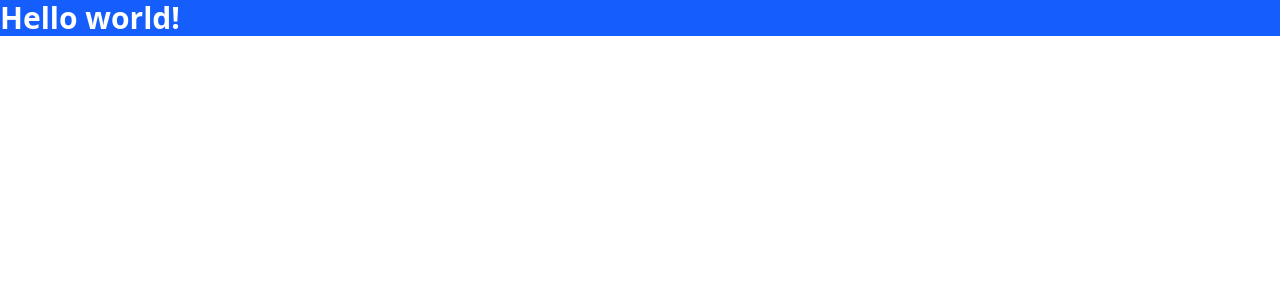
Repository: DinTri/TailwindCss
Page: index.html
An editor plug-in stored every save of this project. The page is shown before and after the next save, followed by the edit.
The browser window is 1280 px wide. The pictures show the whole page.
Some web fonts or font styles are not loaded; a fallback is used.

Above is the page before, as saved 2025-06-07 01:18:45.

After the next save:
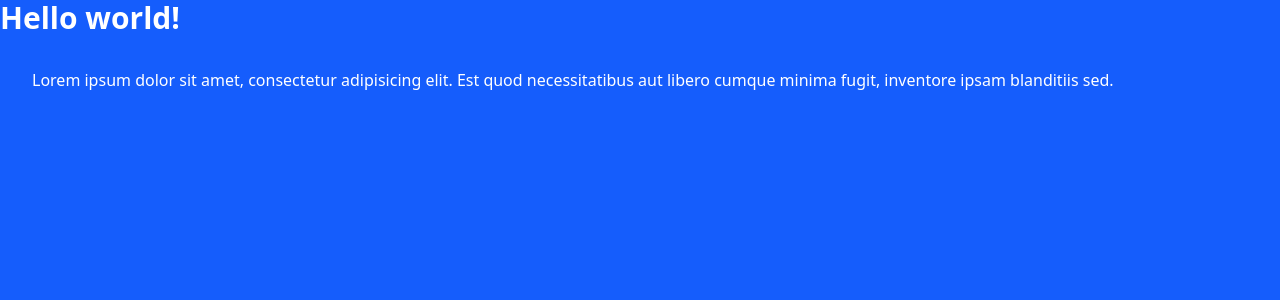
Saved 61 s later.
--- a/index.html
+++ b/index.html
@@ -6,8 +6,8 @@
     <title>Play with Tailwind</title>
     <link rel="stylesheet" href="style.css">
     </head>
-  <body>
-    <h1 class="text-3xl text-white font-bold bg-blue-600">
+  <body class="bg-blue-600">
+    <h1 class="text-3xl text-white font-bold">
       Hello world!
     </h1>
     <p class="text=2xl text-white m-4 p-4">Lorem ipsum dolor sit amet, consectetur adipisicing elit. Est quod necessitatibus aut libero cumque minima fugit, inventore ipsam blanditiis sed.</p>
